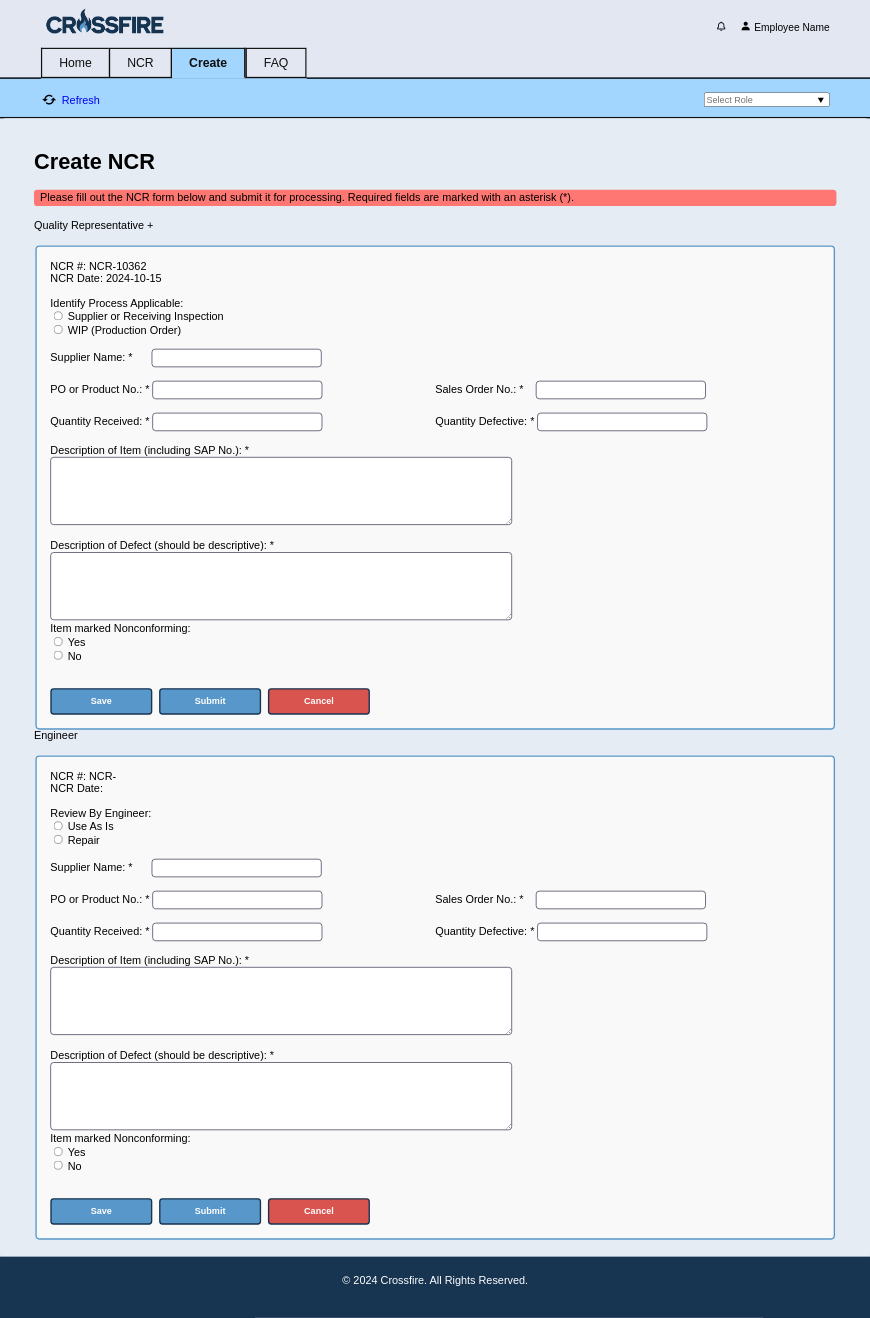
Repository: NyleNC/OSSProg1180
Page: OSS-CrossFire/create - Copy.html
An editor plug-in stored every save of this project. The page is shown before and after the next save, followed by the edit.
The browser window is 1280 px wide. The pictures show the whole page, at 68% of full size.

Above is the page before, as saved 2024-11-18 09:45:08.
Console error: TypeError: Cannot read properties of null (reading 'addEventListener')

After the next save:
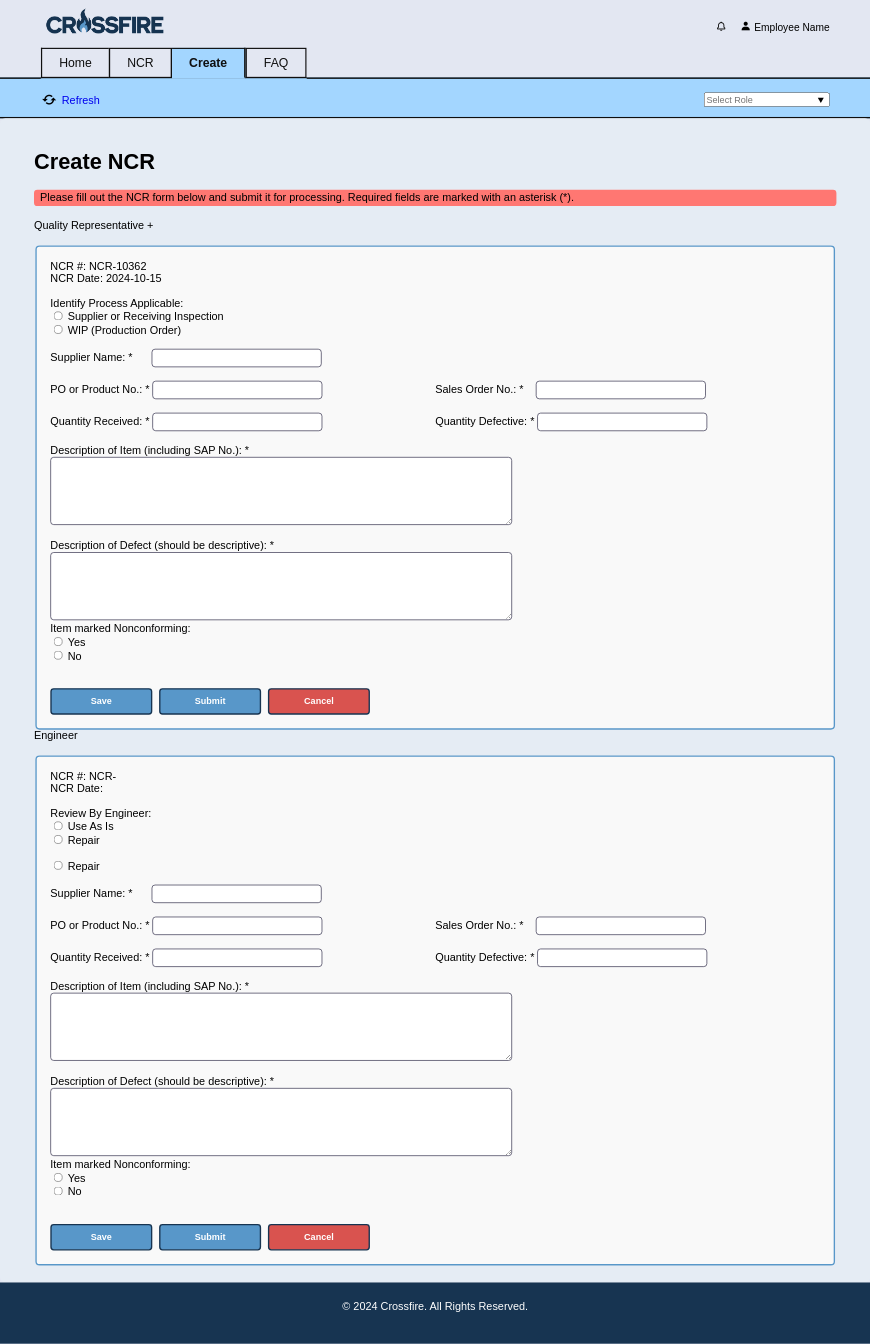
Saved 12 s later.
--- a/OSS-CrossFire/create - Copy.html
+++ b/OSS-CrossFire/create - Copy.html
@@ -176,7 +176,10 @@
                         <input type="radio" id="repair" name="repair" value="repair" >
                         <label for="wip">Repair</label>
                     </div><br>
-
+                    <div class="form-ipa2">
+                        <input type="radio" id="repair" name="repair" value="repair" >
+                        <label for="wip">Repair</label>
+                    </div><br>
                     <div class="form-group">
                         <label for="supplierName">Supplier Name: *</label>&nbsp;&nbsp;
                         <input type="text" id="supplierName" class="size-css" required pattern="[a-zA-Z ]{2,30}" title="Please enter a valid name (letters only).">
